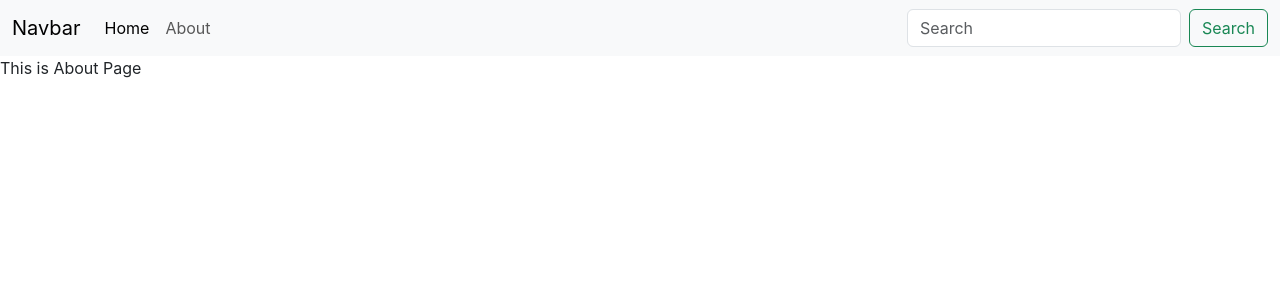
Repository: bhaveshdaipuria/inotebook
Page: /about
An editor plug-in stored every save of this project. The page is shown before and after the next save, followed by the edit.
The browser window is 1280 px wide. The pictures show the whole page.
The project was rebuilt for these pictures with package versions that can differ from the ones it lists, and the page was loaded fresh each time. Also part of the build but not shown: src/App.css, src/components/Home.js.

Above is the page before, as saved 2023-05-03 12:04:36.

After the next save:
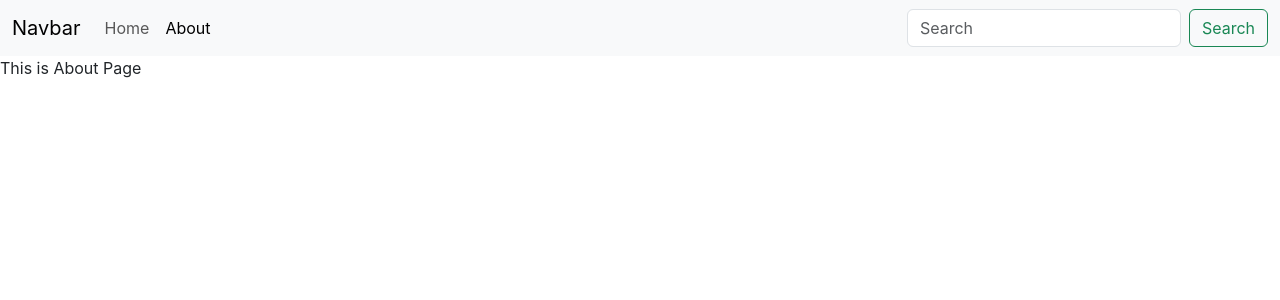
Saved 5 min 2 s later.
--- a/src/components/Navbar.js
+++ b/src/components/Navbar.js
@@ -26,12 +26,12 @@ function Navbar() {
         <div className="collapse navbar-collapse" id="navbarSupportedContent">
           <ul className="navbar-nav me-auto mb-2 mb-lg-0">
             <li className="nav-item">
-              <Link className="nav-link active" aria-current="page" to="/home">
+              <Link className={`nav-link ${location.pathname === '/'?active:""}`} aria-current="page" to="/home">
                 Home
               </Link>
             </li>
             <li className="nav-item">
-              <Link className="nav-link" to="/about">
+              <Link className={`nav-link ${location.pathname === '/about'?"active":""}`} to="/about">
                 About
               </Link>
             </li>
